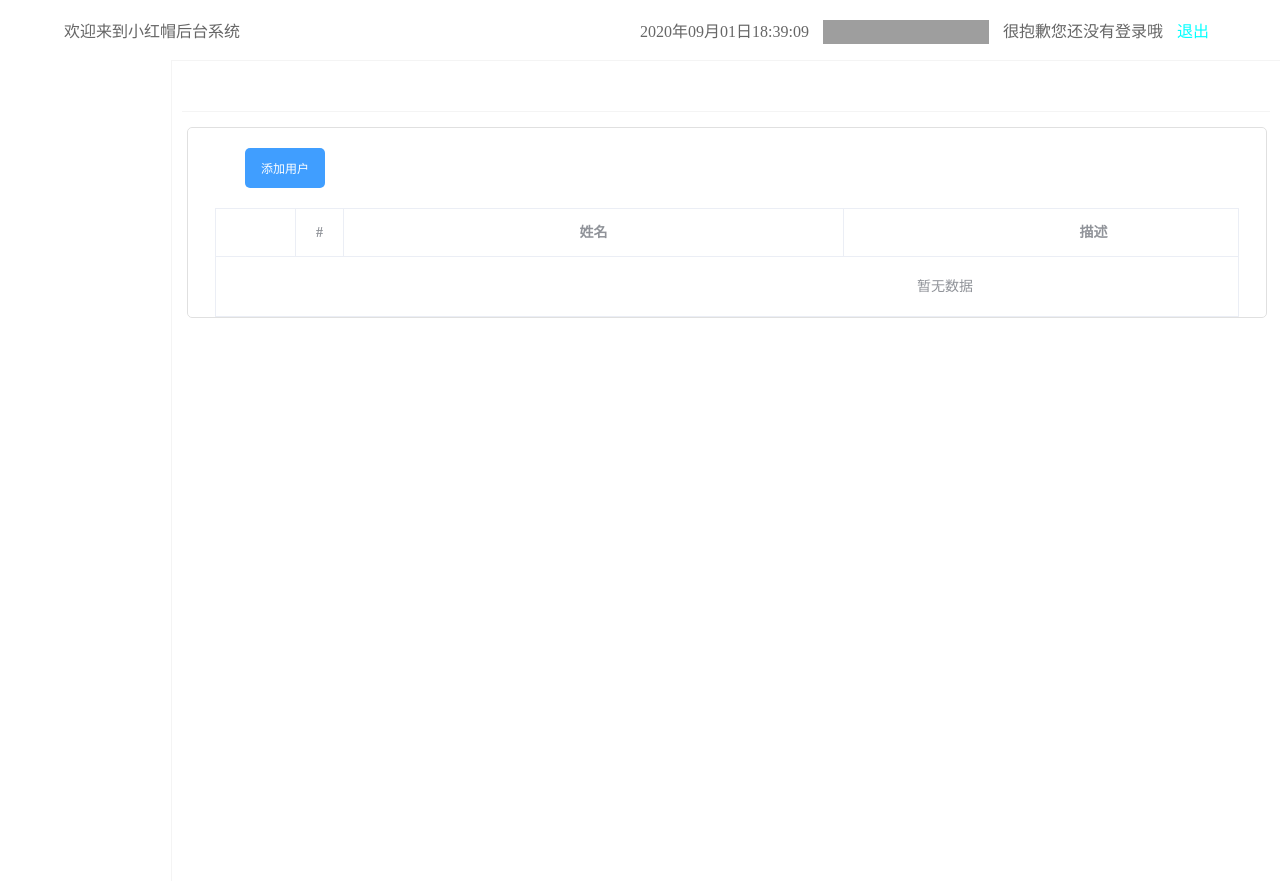
Repository: jinggegeZ/whitesystem
Page: /rights/roles
An editor plug-in stored every save of this project. The page is shown before and after the next save, followed by the edit.
The browser window is 1280 px wide. The pictures show the whole page.
Pictures or frames that could not be fetched are drawn as grey boxes. The page's requests for data from a server got no answer. The project was rebuilt for these pictures with package versions that can differ from the ones it lists, and the page was loaded fresh each time. No one was signed in, and anything a server would have sent is missing. Also part of the build but not shown: vue.config.js, src/views/Home.vue.

Above is the page before, as saved 2020-09-02 12:53:21.

After the next save:
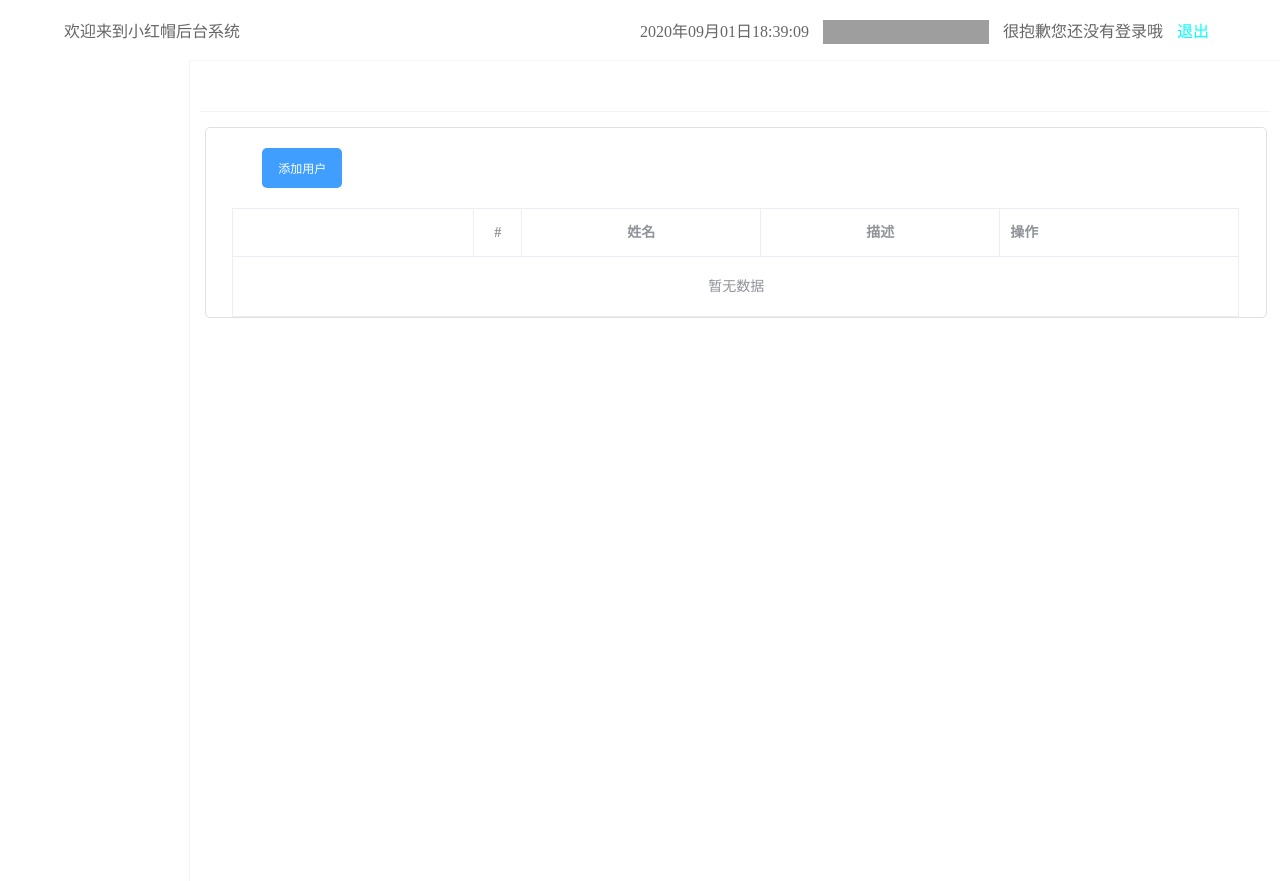
Saved 41 s later.
--- a/src/views/roleList/RoleList.vue
+++ b/src/views/roleList/RoleList.vue
@@ -47,15 +47,15 @@
         <div class="list_b">
           <el-table :data="roles" border stripe style="width: 100%">
           <!-- 展开符 -->
-            <el-table-column label="" align="center" width="80"></el-table-column>
+            <el-table-column label="" align="center" ></el-table-column>
             <!-- 下标 -->
             <el-table-column label="#" type="index" :index="indexMethod" align="center"></el-table-column>
             <!-- 姓名 -->
-            <el-table-column prop="roleName" label="姓名" width="500" align="center"></el-table-column>
+            <el-table-column prop="roleName" label="姓名"  align="center"></el-table-column>
             <!-- 角色 -->
-            <el-table-column prop="roleDesc" label="描述" width="500" align="center"></el-table-column>
+            <el-table-column prop="roleDesc" label="描述"  align="center"></el-table-column>
             <!-- 操作 -->
-            <el-table-column label="操作" width="330">
+            <el-table-column label="操作" >
               <template slot-scope="scope">
                 <el-tooltip class="item" effect="dark" content="编辑角色" placement="top">
                   <el-button
